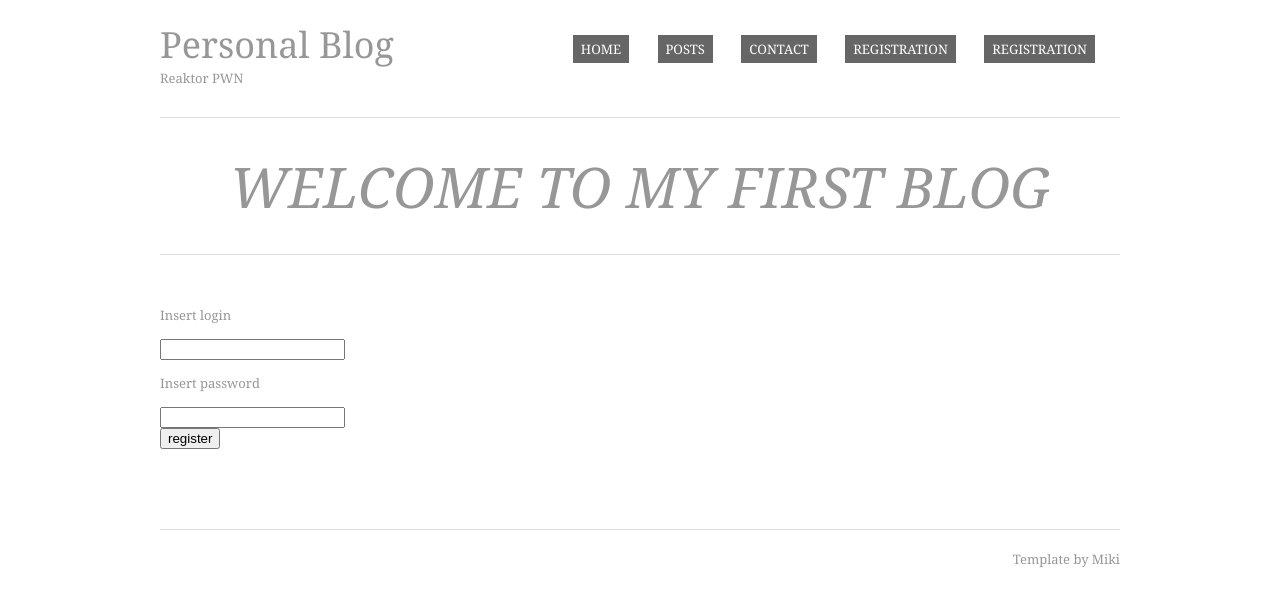
Repository: AnnaPolatynska/SpringCwiczenia
Page: http://localhost/loginForm
These files come from the project's save history. The page is drawn as it stood at one moment and after the next save; the edit follows.
The browser window is 1280 px wide. The pictures show the whole page.
The page is this project's Thymeleaf template; nobody is signed in. The template is opened directly, without the code that normally fills it, so the values that code supplies are empty.

Above is the page before, as saved 2017-08-30 11:20:37.

After the next save:
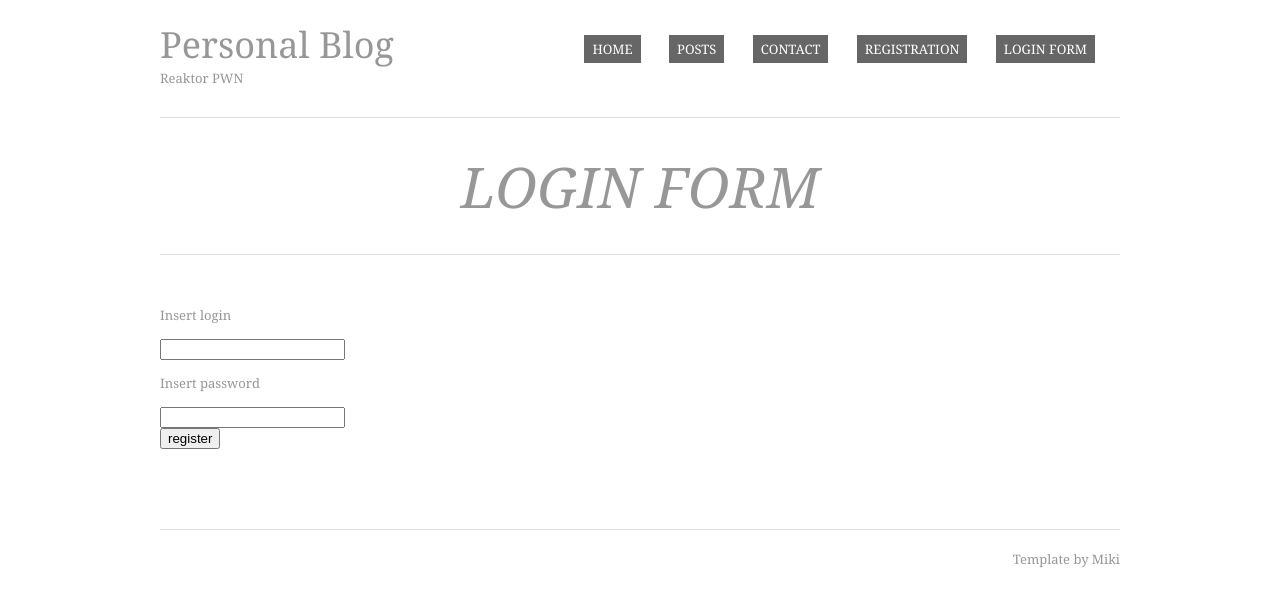
Saved 113 s later.
--- a/D-MVC-JAR/src/main/resources/templates/loginForm.html
+++ b/D-MVC-JAR/src/main/resources/templates/loginForm.html
@@ -14,11 +14,11 @@
     </div>
     <nav>
       <ul>
-        <li><a href="#">Home</a></li>
+        <li><a href="/">Home</a></li>
         <li><a href="/blog">Posts</a></li>
         <li><a href="/contact">Contact</a></li>
         <li><a href="/registerForm">Registration</a></li>
-        <li><a href="/loginForm">Registration</a></li>
+        <li><a href="#">Login form</a></li>
       </ul>
     </nav>
   </header>
@@ -28,7 +28,7 @@
   <div id="container" class="clear">
     <!-- content body -->
     <section id="shout">
-      <h1>Welcome to my first Blog</h1>
+      <h1>Login Form</h1>
     </section>
     <!-- main content -->
     <section id="services" class="clear">
